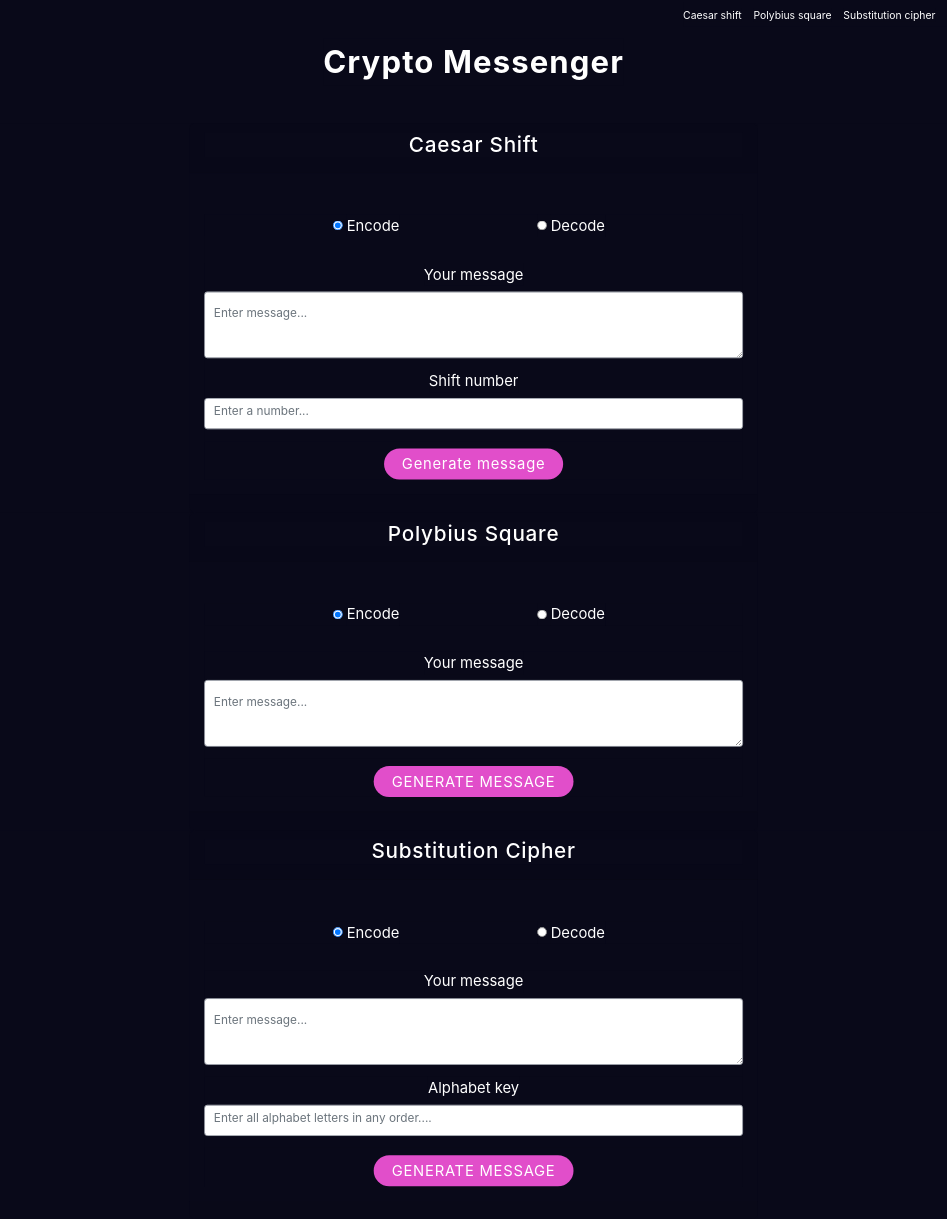
Repository: Rthompson2548/Project-Decoder-Ring
Page: index.html
The author's editor kept a copy of each file at every save. The page is drawn from the files as they stood at one save, then again after the next save.
The browser window is 1280 px wide. The pictures show the whole page, at 74% of full size.

Above is the page before, as saved 2022-04-09 20:29:30.

After the next save:
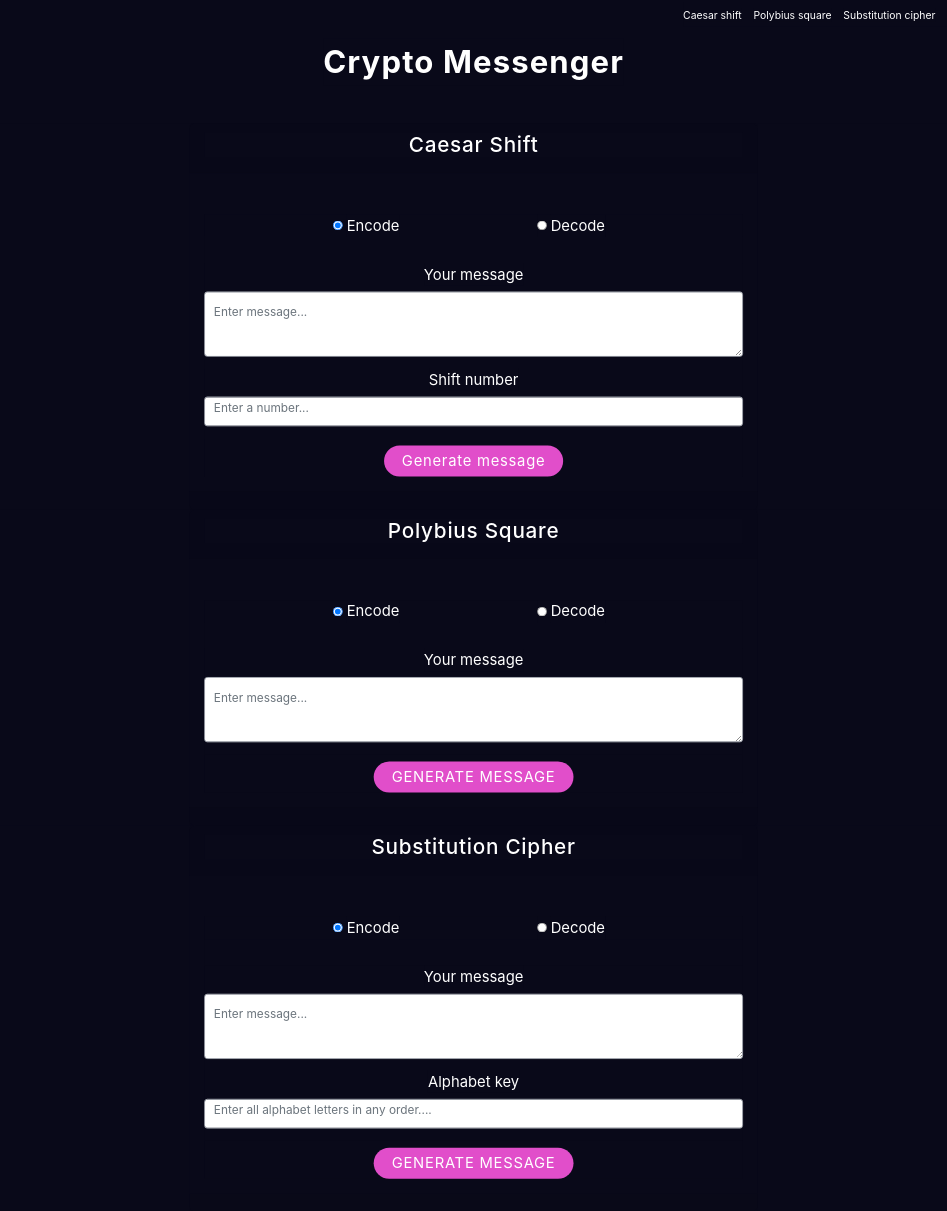
Saved 5 s later.
--- a/index.css
+++ b/index.css
@@ -14,7 +14,7 @@ html, body, #page {
 input, textarea {
   font-size: 16px !important;
   border-radius: 15px;
-  padding: 16px 24px 24px 12px !important;
+  padding: 14px 24px 24px 12px !important;
 }
 
 .page-content {
